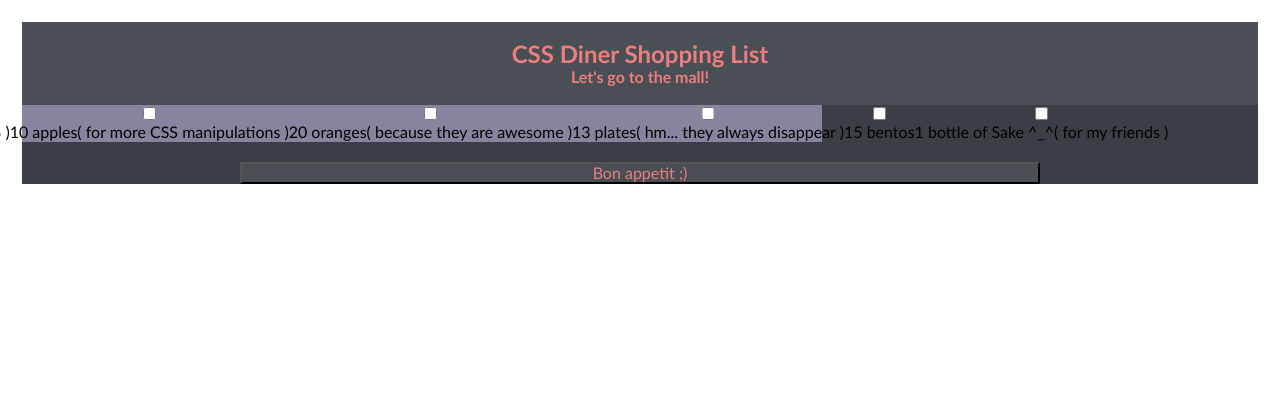
Repository: shpakovskaya/github.io
Page: selector css/shopping list/index.html
An editor plug-in stored every save of this project. The page is shown before and after the next save, followed by the edit.
The browser window is 1280 px wide. The pictures show the whole page.

Above is the page before, as saved 2021-10-25 22:15:17.

After the next save:
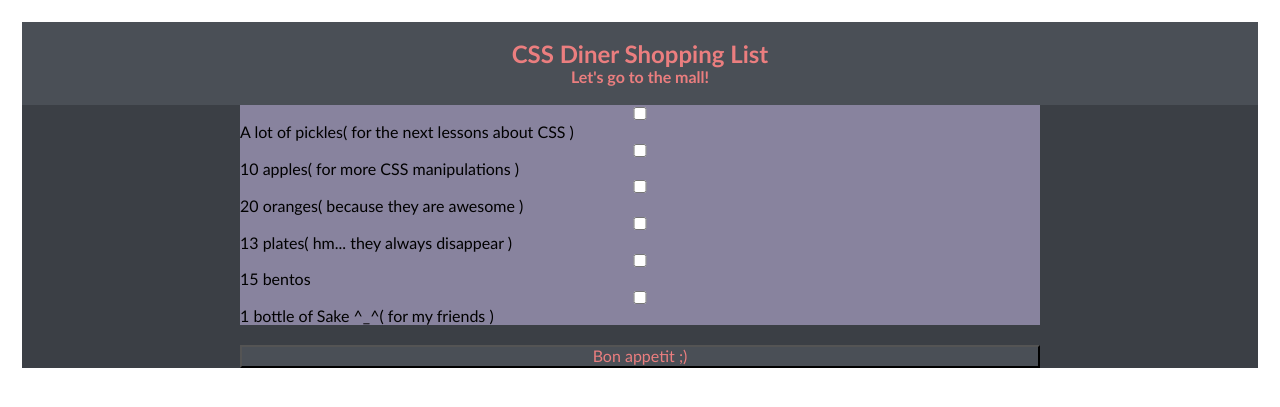
Saved 38 s later.
--- a/selector css/shopping list/style.css
+++ b/selector css/shopping list/style.css
@@ -22,12 +22,17 @@
   background: #4a4f56;
   text-align: center;
 }
+
+.list {
+  display: flex;
+  justify-content: center;
+}
+
 .list__wrapper {
   box-sizing: border-box;
   width: 800px;
   background-color: #88839e;
-  display: flex;
-  justify-content: center;
+
   /* position: relative; */
   /* left: 18%; */
   /* display: block;
